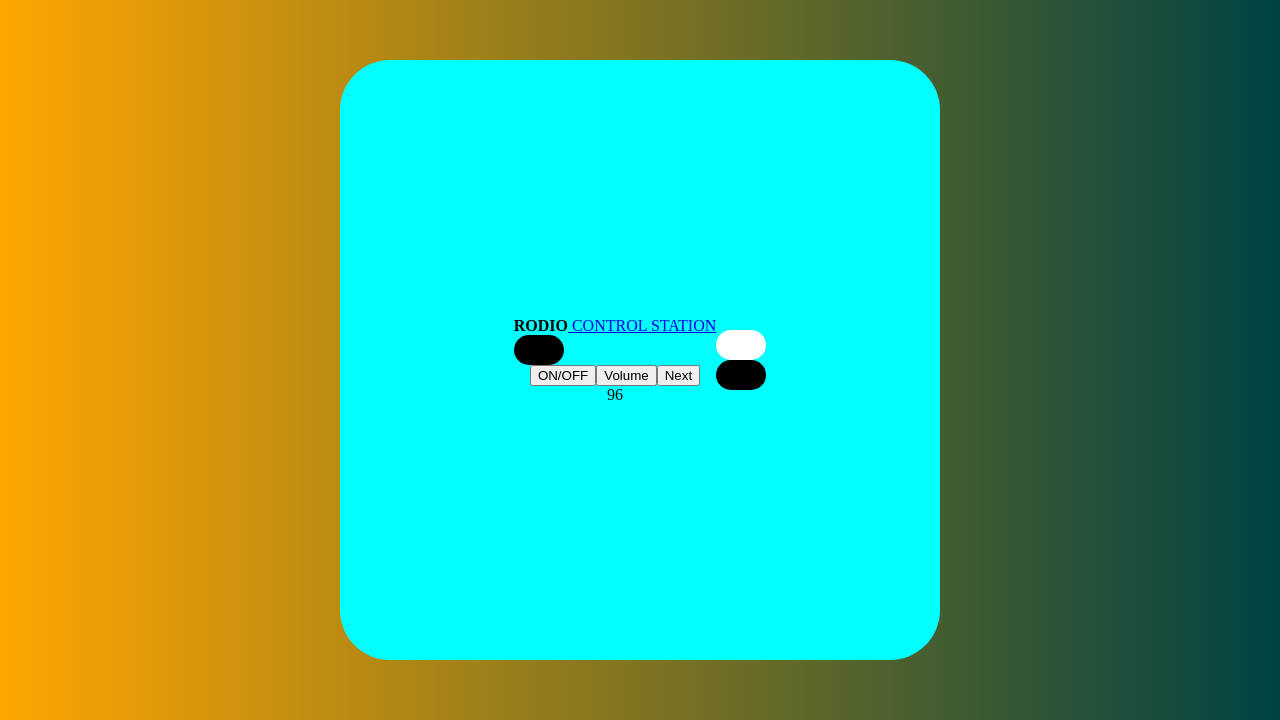
Repository: Alexandru-Morteanu/rodio
Page: /96
These files come from the project's save history. The page is drawn as it stood at one moment and after the next save; the edit follows.
The browser window is 1280 px wide. The pictures show the whole page.
The project was rebuilt for these pictures with package versions that can differ from the ones it lists, and the page was loaded fresh each time. Also part of the build but not shown: src/pages/Login/firebase.js, src/pages/Login/AuthContext.js, src/pages/Login/PrivateRoute.js, src/pages/Administrator/Admin.js, src/pages/ControlStation/ControlStation.js.

Above is the page before, as saved 2023-01-30 11:38:00.

After the next save:
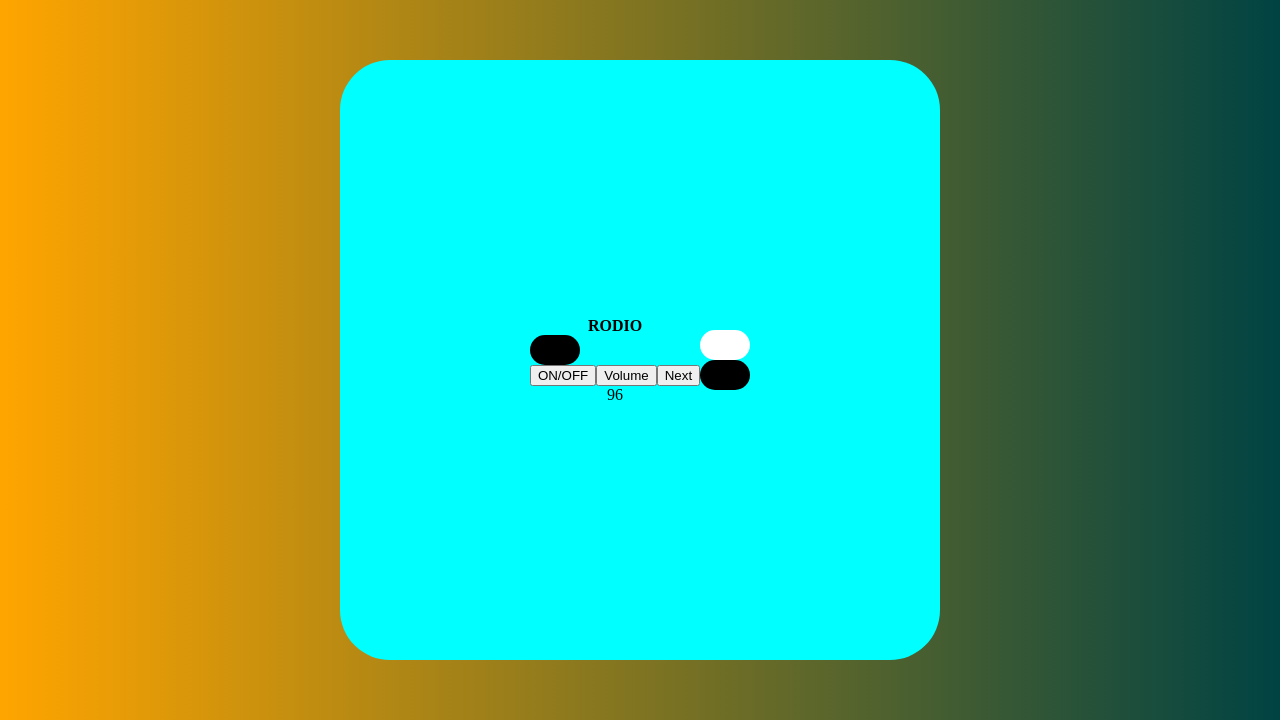
Saved 2 min 6 s later.
--- a/src/pages/Homepage.js
+++ b/src/pages/Homepage.js
@@ -8,7 +8,6 @@ function Homepage() {
     <div className='containerHome'>
         <div>
             <b>RODIO</b>
-            <Link to='/control'> CONTROL STATION </Link>
             <div className='vizualizer'></div>
             <button>ON/OFF</button>
             <button>Volume</button>
